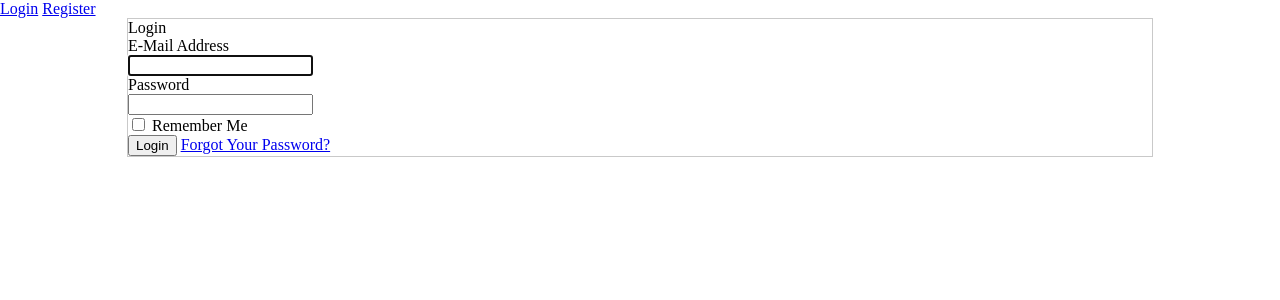
Repository: PatryxB/bikeService
Page: http://localhost/login
These files come from the project's save history. The page is drawn as it stood at one moment and after the next save; the edit follows.
The browser window is 1280 px wide. The pictures show the whole page.
The page is served by the project's Laravel application, run on PHP 8.4 with Laravel 8. Other server files are loaded and not shown. Style sheets and scripts are compiled from the project's sources, by tool versions that may differ from the author's.

Above is the page before, as saved 2020-05-01 13:41:52.

### resources/views/layouts/app.blade.php
<!doctype html>
<html lang="{{ str_replace('_', '-', app()->getLocale()) }}">
<head>
    <meta charset="utf-8">
    <meta name="viewport" content="width=device-width, initial-scale=1">

    <!-- CSRF Token -->
    <meta name="csrf-token" content="{{ csrf_token() }}">

    <title>{{ config('app.name', 'Laravel') }}</title>

    <!-- Scripts -->
    <script src="{{ asset('js/app.js') }}" defer></script>

    <!-- Fonts -->
    <link rel="dns-prefetch" href="//fonts.gstatic.com">
    <link href="https://fonts.googleapis.com/css?family=Nunito" rel="stylesheet">

    <!-- Styles -->
    <link href="{{ asset('css/app.css') }}" rel="stylesheet">
</head>
<body>
    <div id="app">
        <nav>
            @if (Route::has('login'))
                <div class="top-right links">
                    @auth
                        <a href="{{ url('/home') }}">Home</a>
                    @else
                        <a href="{{ route('login') }}">Login</a>

                        @if (Route::has('register'))
                            <a href="{{ route('register') }}">Register</a>
                        @endif
                    @endauth
                </div>
            @endif

        </nav>
        <main class="py-4">
            @yield('content')
        </main>
    </div>
</body>
</html>

### resources/sass/app.scss
html, body{
    box-sizing: border-box;
    margin: 0;
    padding: 0;
}
.container{
    width: 80%;
    margin: 0 auto;
    border: solid 1px rgba(165, 165, 165, .6);
}
.banner img{
    width: 100%;
    height: 50vh;
}
nav{
    width: 100%;
}

Loaded but not shown: routes/web.php (common file); app/Http/Controllers/Auth/LoginController.php (common file); app/Http/Controllers/Controller.php (common file); app/Http/Controllers/Auth/ConfirmPasswordController.php (common file); resources/views/auth/login.blade.php (common file)

After the next save:
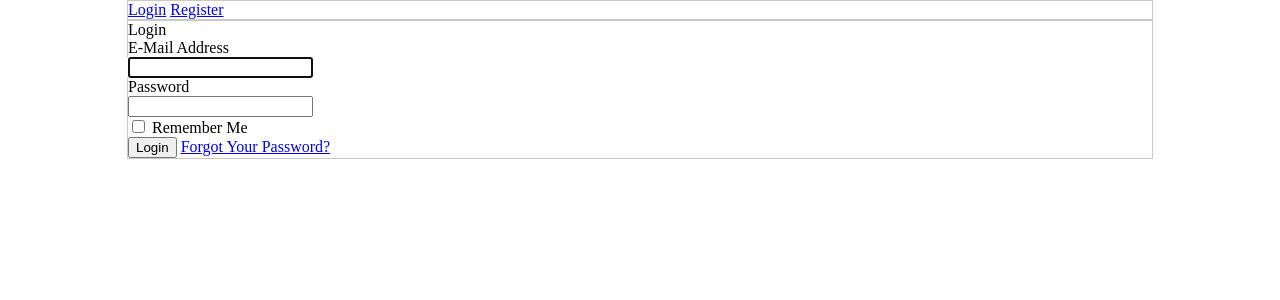
Saved 42 s later.
--- a/resources/sass/app.scss
+++ b/resources/sass/app.scss
@@ -3,7 +3,7 @@
     margin: 0;
     padding: 0;
 }
-.container{
+.container, nav{
     width: 80%;
     margin: 0 auto;
     border: solid 1px rgba(165, 165, 165, .6);
@@ -12,6 +12,3 @@
     width: 100%;
     height: 50vh;
 }
-nav{
-    width: 100%;
-}

After the save that followed:
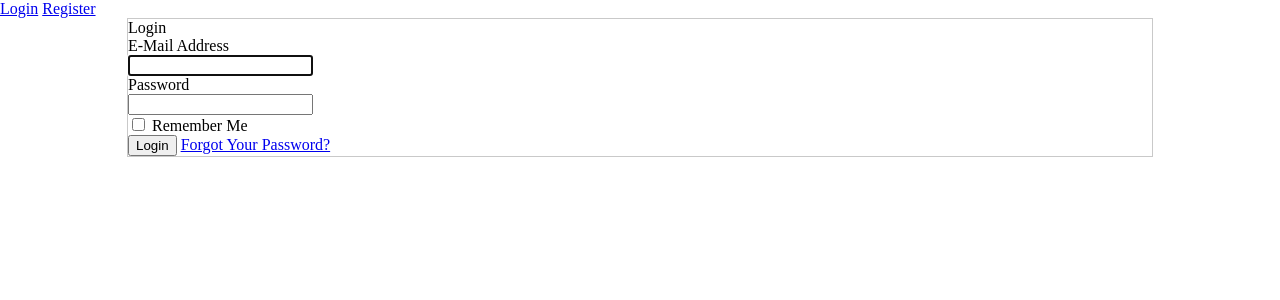
Saved 61 s later.
--- a/resources/sass/app.scss
+++ b/resources/sass/app.scss
@@ -3,7 +3,7 @@
     margin: 0;
     padding: 0;
 }
-.container, nav{
+.container{
     width: 80%;
     margin: 0 auto;
     border: solid 1px rgba(165, 165, 165, .6);
